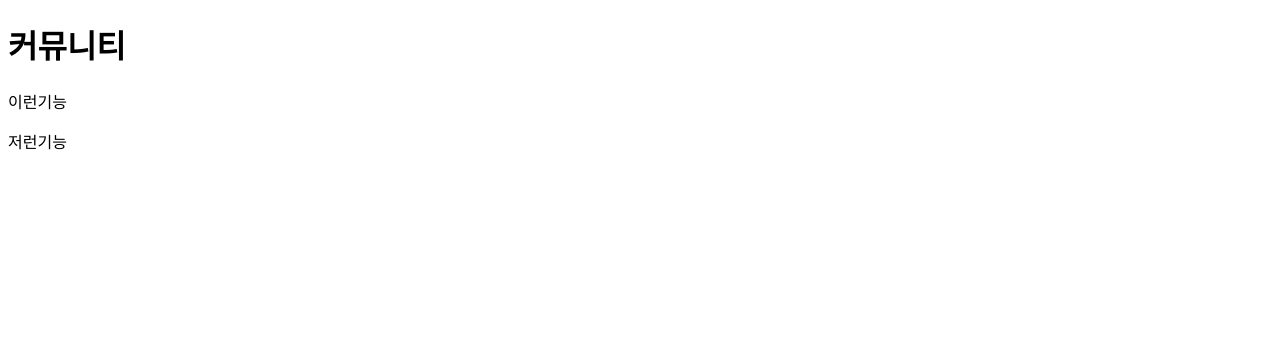
Repository: camicomi/Study_Server
Page: http://localhost/JSPTest/ex04.jsp
The author's editor kept a copy of each file at every save. The page is drawn from the files as they stood at one save, then again after the next save.
The browser window is 1280 px wide. The pictures show the whole page.
The page is served by Tomcat 9.

Above is the page before, as saved 2024-04-01 06:19:05.

After the next save:
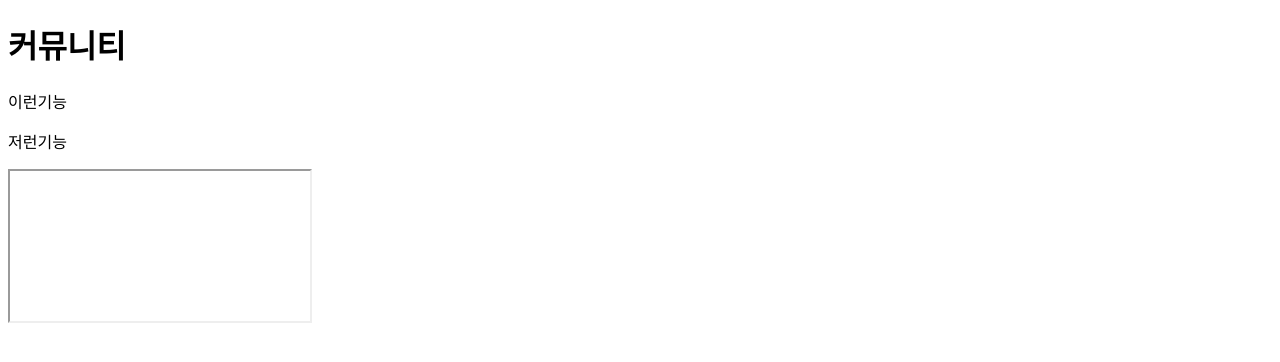
Saved 55 s later.
--- a/JSPTest/src/main/webapp/ex04.jsp
+++ b/JSPTest/src/main/webapp/ex04.jsp
@@ -13,6 +13,16 @@
 	<p>이런기능</p>
 	<p>저런기능</p>
 
+	<!--  로그인 부분 적용
+
+			1. 클라이언트
+			2. 서버
+
+
+	 -->
+
+	 <iframe scr="login.jsp"></iframe>
+
 
 
 </body>

After the save that followed:
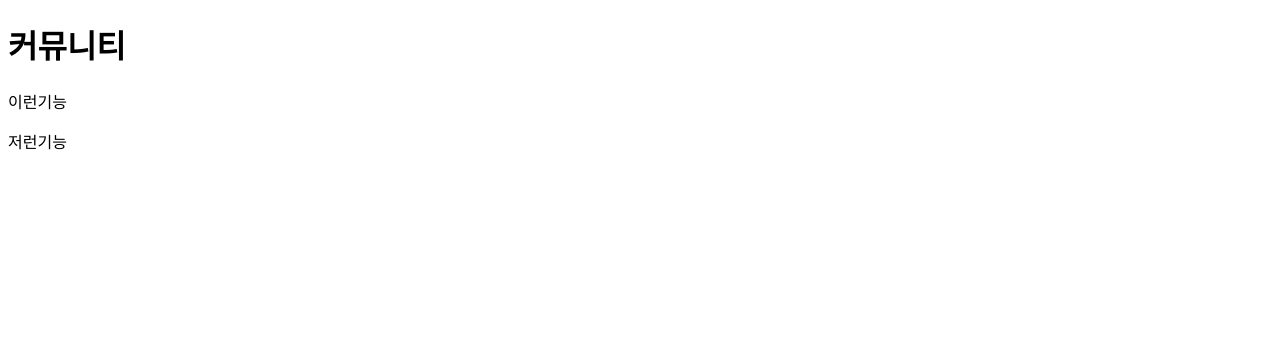
Saved 45 s later.
--- a/JSPTest/src/main/webapp/ex04.jsp
+++ b/JSPTest/src/main/webapp/ex04.jsp
@@ -21,7 +21,7 @@
 
 	 -->
 
-	 <iframe scr="login.jsp"></iframe>
+	 <iframe scr="login.jsp" frameborder="0"></iframe>
 
 
 
